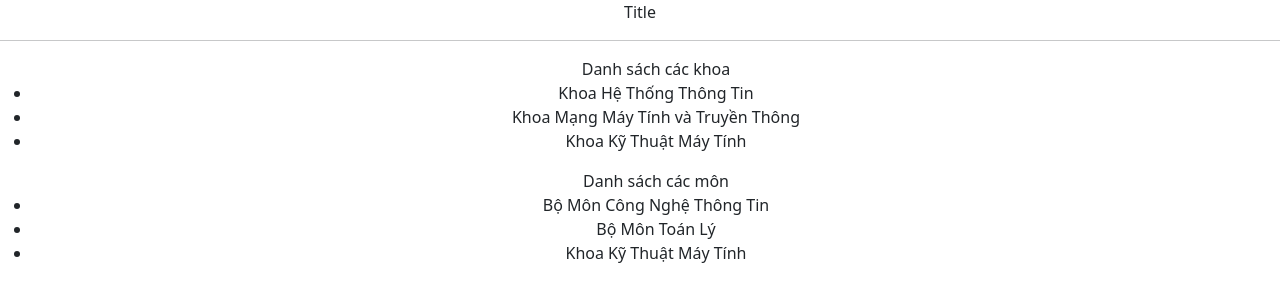
Repository: hoapham2k2/bai_tap_thuc_hanh_is207.n12
Page: index.html
The author's editor kept a copy of each file at every save. The page is drawn from the files as they stood at one save, then again after a run of saves.
The browser window is 1280 px wide. The pictures show the whole page.

Above is the page before, as saved 2022-09-19 08:47:18.

After the next 2 saves:
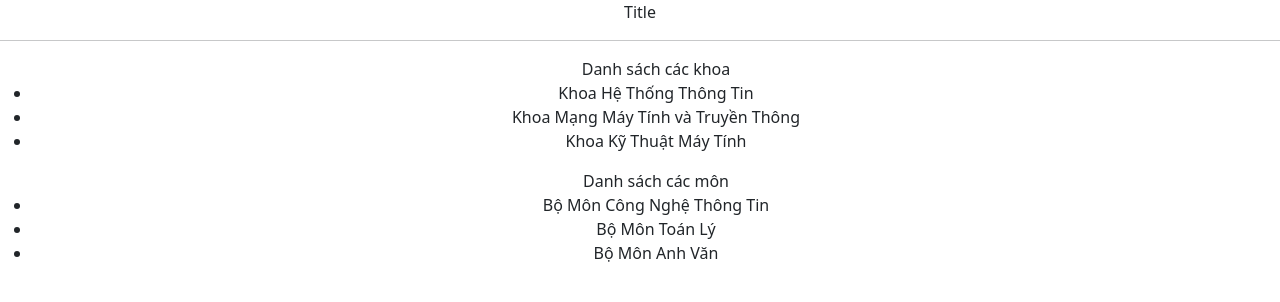
The 2 saves are shown as one change because they came seconds apart.
The last was saved 21 s later.
--- a/index.html
+++ b/index.html
@@ -62,7 +62,9 @@
 
     <div class="wrapper text-center">
         <div class="wrapper_header">
-            <div class="wrapper_header_logo"></div>
+            <div class="wrapper_header_logo">
+                <img src="" alt="">
+            </div>
             <div class="wrapper_header_title">Title</div>
         </div>
         <hr>
@@ -75,7 +77,7 @@
             <ul class="wrapper_list_2st">Danh sách các môn
                 <li class="wrapper_item">Bộ Môn Công Nghệ Thông Tin</li>
                 <li class="wrapper_item">Bộ Môn Toán Lý</li>
-                <li class="wrapper_item">Khoa Kỹ Thuật Máy Tính</li>
+                <li class="wrapper_item">Bộ Môn Anh Văn</li>
             </ul>
         </div>
 </body>
